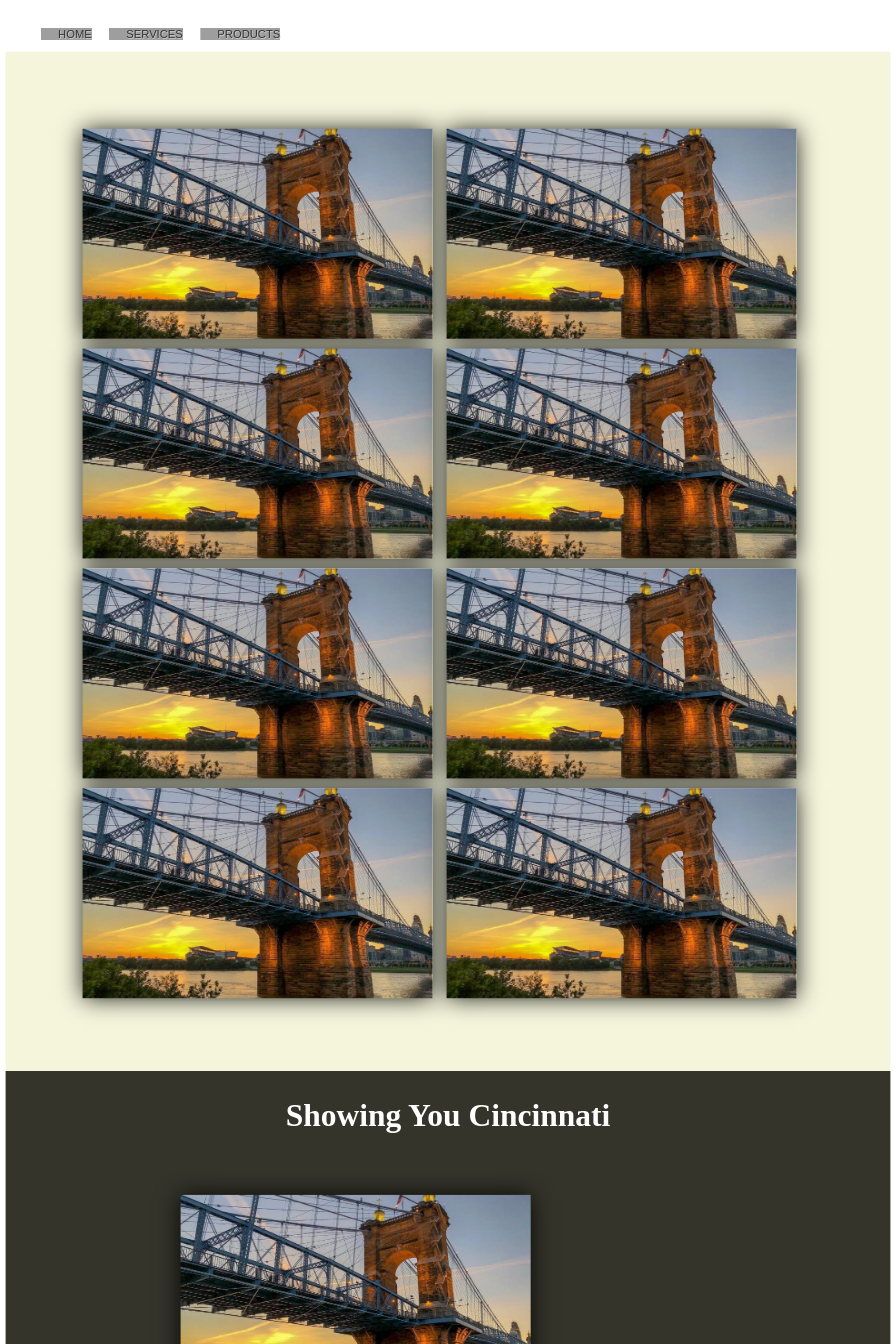
Repository: LtGriff/capstoneprogress
Page: index.html
These files come from the project's save history. The page is drawn as it stood at one moment and after a run of saves; the edit follows.
The browser window is 1280 px wide. The pictures show the part of the page from y = 0 to 1920 px (the page is 4090 px tall), at 70% of full size.
Pictures or frames that could not be fetched are drawn as grey boxes.

Above is the page before, as saved 2022-06-06 03:04:05.

### index.html
<!DOCTYPE html>
<html lang="en">
<head>
     <meta charset="UTF-8">
     <meta http-equiv="X-UA-Compatible" content="IE=edge">
     <meta name="viewport" content="width=device-width, initial-scale=1.0">
     <title>Document</title>
     <link rel="stylesheet" href="style.css">
</head>
<body>


     </html><nav id="main-menu">
     <ul class="nav-bar">
          <li class="nav-button-home"><a href="#">Home</a></li>
          <li class="nav-button-services"><a href="#">Services</a></li>
          <li class="nav-button-products"><a href="#">Products</a></li>
     </ul>
</nav>


<section class="card">

               <div class="picture">
                    <img src="img/bridge.jpg" alt="bridge">


               </div>







               <div class="picture">
                    <img src="img/bridge.jpg" alt="bridge">


               </div>

               <div class="picture">
                    <img src="img/bridge.jpg" alt="bridge">


               </div>

               <div class="picture">
                    <img src="img/bridge.jpg" alt="bridge">


               </div>


               <div class="picture">
                    <img src="img/bridge.jpg" alt="bridge">


               </div>

               <div class="picture">
                    <img src="img/bridge.jpg" alt="bridge">


               </div>

               <div class="picture">
                    <img src="img/bridge.jpg" alt="bridge">


               </div>

               <div class="picture">
                    <img src="img/bridge.jpg" alt="bridge">


               </div>
</section>





<section class="gallerytwo">


                    <div class="city">
                         <h1>Showing You Cincinnati</h1>
                    </div>



     <div class="picture">
          <img src="img/bridge.jpg" alt="bridge">



     </div>

     <div class="picture">
          <img src="img/bridge.jpg" alt="bridge">


     </div>

     <div class="picture">
          <img src="img/bridge.jpg" alt="bridge">


     </div>

     <div class="picture">
          <img src="img/bridge.jpg" alt="bridge">


     </div>


     <div class="picture">
          <img src="img/bridge.jpg" alt="bridge">


     </div>

     <div class="picture">
          <img src="img/bridge.jpg" alt="bridge">


     </div>
</section>


</body>

### style.css
body { font-family: sans-serif; }

#main-menu .nav-bar { list-style:none; margin-top: 40px; }
#main-menu .nav-bar li { display:inline; padding:0 10px; }

#main-menu .nav-bar li a {
  text-decoration: none;
  padding-left: 25px;
  text-transform: uppercase;
  color: #333;
	text-shadow: 1px 1px 1px #ccc;
}

.nav-bar .nav-button-home a { background:url("https://www.cheesetoast.co.uk/cheesepress/wp-content/uploads/2012/08/home.gif") no-repeat 0px -2px transparent; }

.nav-bar .nav-button-services a { background:url("https://www.cheesetoast.co.uk/cheesepress/wp-content/uploads/2012/08/services.gif") no-repeat 0px -2px transparent; }

.nav-bar .nav-button-products a { background:url("https://www.cheesetoast.co.uk/cheesepress/wp-content/uploads/2012/08/products.gif") no-repeat 0px -2px transparent; }




.card{
  display: flex;
  flex-direction: row;
  flex-wrap: wrap;
  /* justify-content: space-between; */
  background-color: beige;
  height: 100%;
  padding-left: 100px;
  padding-bottom: 100px;
  padding-top: 100px;
  padding-right: 100px;
}

.card .picture{
  margin-left: 10px;
  margin-right: 10px;
  margin-top: 10px;

  /* TEST */

}


.card .picture img{
  width: 500px;
  height: 300px;
  box-shadow: 0px 0px 32px -1px rgba(0, 0, 0, 0.9);
}





























/* Gallery two */


.gallerytwo{
  display: flex;
  flex-direction: row;
  flex-wrap: wrap;
  justify-content: space-between;
  background-color: rgb(52, 52, 43);
  height: 100%;
  padding: 0px 200px;
}

.gallerytwo .picture{
  margin: 50px;
}

.gallerytwo .picture img{
  width: 500px;
  height: 300px;
  box-shadow: 0px 0px 32px -1px rgba(0, 0, 0, 0.9);
}

.city{
  width: 100%;
  text-align: center;
  color: white;
  font-size: 30px;
  font-family: cursive;

}

After the next 2 saves:
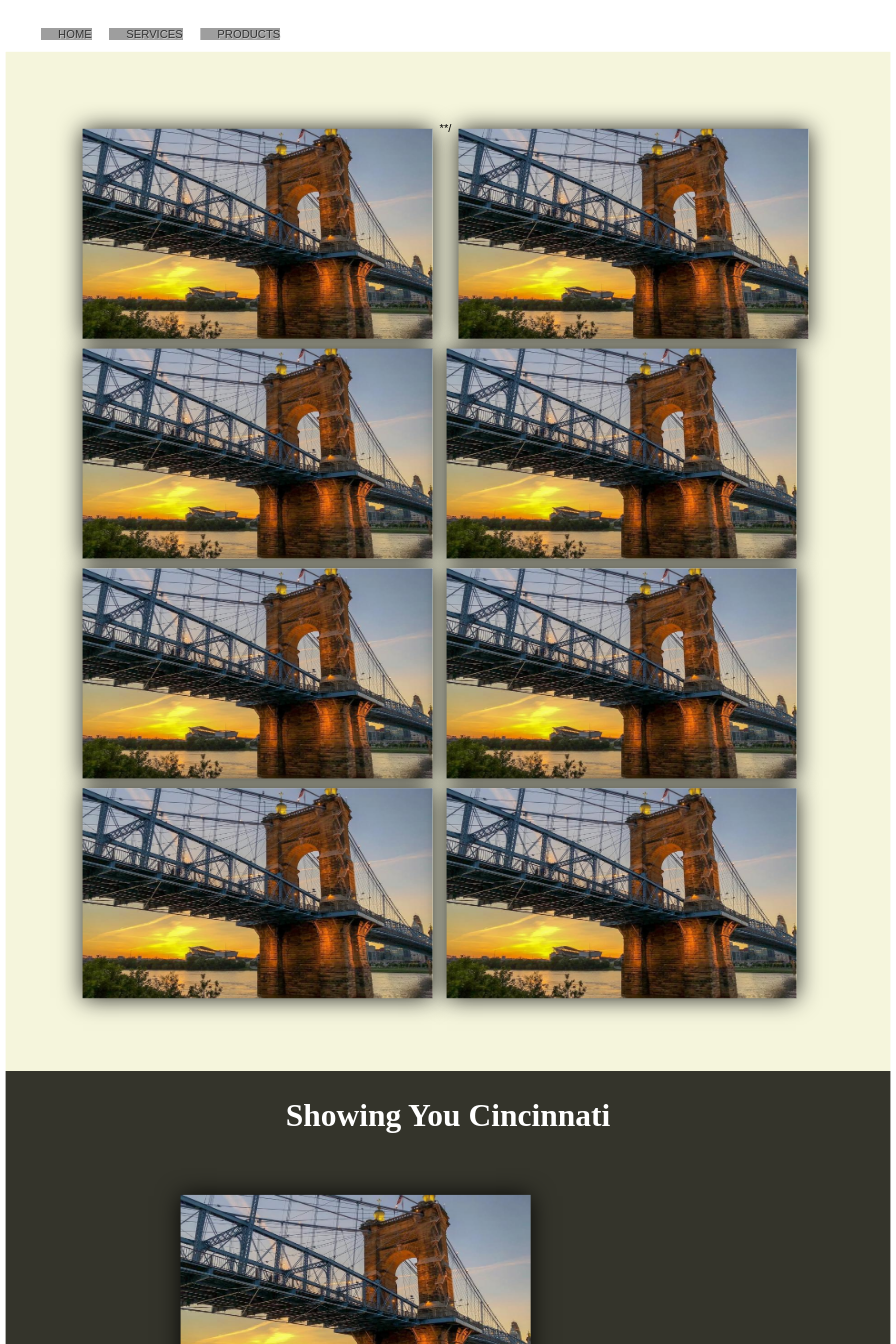
The 2 saves are shown as one change because they came seconds apart.
The last was saved 9 s later.
--- a/index.html
+++ b/index.html
@@ -32,7 +32,7 @@
 
 
 
-
+               **/
                <div class="picture">
                     <img src="img/bridge.jpg" alt="bridge">
 
